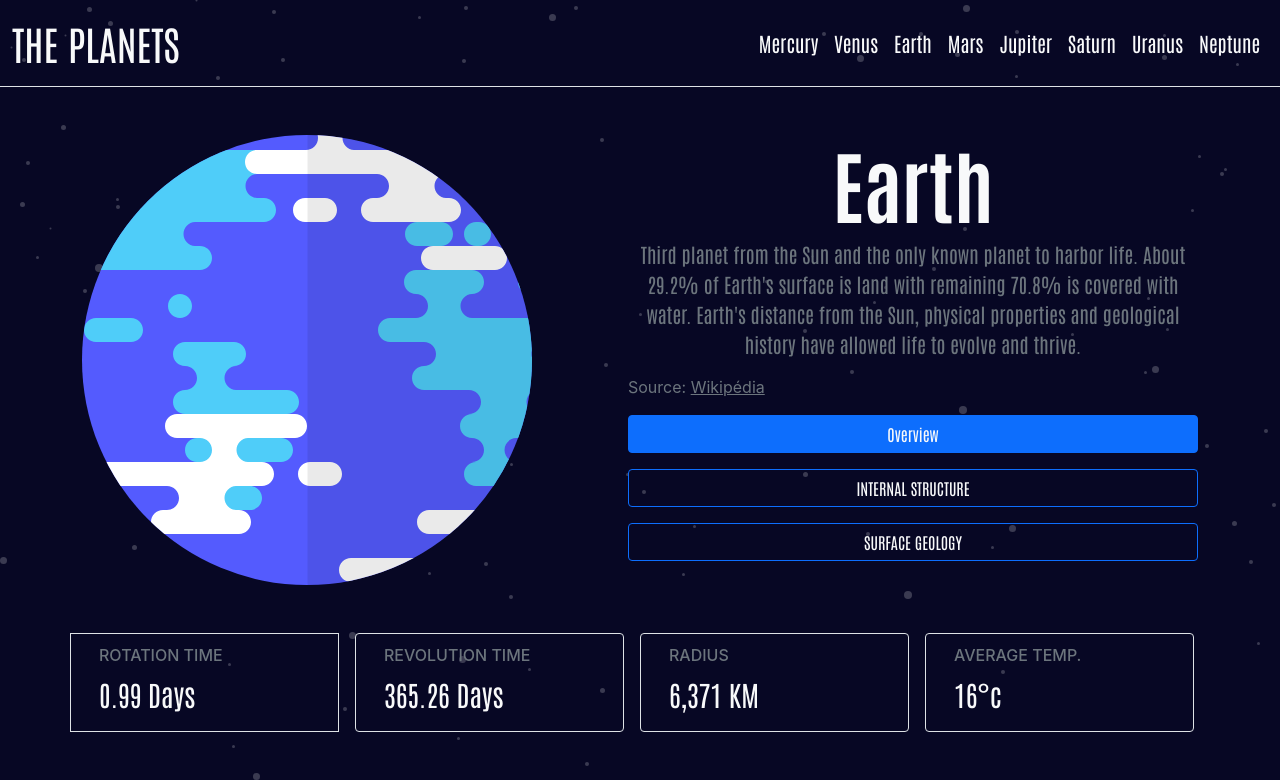
Repository: andre06x/the-planets
Page: /
The author's editor kept a copy of each file at every save. The page is drawn from the files as they stood at one save, then again after the next save.
The browser window is 1280 px wide. The pictures show the whole page.
The project was rebuilt for these pictures with package versions that can differ from the ones it lists, and the page was loaded fresh each time.

Above is the page before, as saved 2021-10-19 16:38:46.

### public/index.html
<!DOCTYPE html>
<html lang="en">

<head>
  <meta charset="utf-8" />
  <link rel="icon" href="%PUBLIC_URL%/favicon.ico" />
  <meta name="viewport" content="width=device-width, initial-scale=1" />
  <meta name="theme-color" content="#000000" />
  <link rel="preconnect" href="https://fonts.googleapis.com">
  <link rel="preconnect" href="https://fonts.gstatic.com" crossorigin>
  <link href="https://fonts.googleapis.com/css2?family=Antonio:wght@400;500;600;700&display=swap" rel="stylesheet">
  <meta name="description" content="Web site created using create-react-app" />
  <link rel="apple-touch-icon" href="%PUBLIC_URL%/logo192.png" />
  <link rel="manifest" href="%PUBLIC_URL%/manifest.json" />
  <link rel="stylesheet" href="%PUBLIC_URL%/bootstrap-5.1.3-dist/css/bootstrap.min.css">
  <title>React App</title>
</head>

<body>
  <noscript>You need to enable JavaScript to run this app.</noscript>
  <div id="root"></div>
  <script src="./bootstrap-5.1.3-dist/js/bootstrap.min.js"></script>
</body>

</html>

### src/index.js
import React from 'react';
import ReactDOM from 'react-dom';
import App from './App';
import reportWebVitals from './reportWebVitals';
import Global from './styles/global';

ReactDOM.render(
  <React.StrictMode>
    <Global />
    <App />
  </React.StrictMode>,
  document.getElementById('root')
);

// If you want to start measuring performance in your app, pass a function
// to log results (for example: reportWebVitals(console.log))
// or send to an analytics endpoint. Learn more: https://bit.ly/CRA-vitals
reportWebVitals();

### src/App.js
import logo from './logo.svg';
// import './App.css';
import Header from './components/Header';
import Container from './components/Container';

function App() {
  return (
    <div className="App">
      <Header />
      <Container />
    </div>
  );
}

export default App;

### src/styles/global.js
import { createGlobalStyle } from 'styled-components';
import img from '../background-stars.svg';

export default createGlobalStyle`
  body {
    background-image: url(${img});
    background-color: #070724;
    background-repeat: repeat;
  margin: 0;
  font-family: -apple-system, BlinkMacSystemFont, 'Segoe UI', 'Roboto', 'Oxygen',
    'Ubuntu', 'Cantarell', 'Fira Sans', 'Droid Sans', 'Helvetica Neue',
    sans-serif;
  -webkit-font-smoothing: antialiased;
  -moz-osx-font-smoothing: grayscale;
}

code {
  font-family: source-code-pro, Menlo, Monaco, Consolas, 'Courier New',
    monospace;
}
`;

### src/components/Header.js
import React, { useEffect } from 'react';
import data from '../data.json';
import { usePlanet } from '../zustand';

const Header = () => {
  const planetSetar = usePlanet(state => state.nomePlanet);
  const planet = usePlanet(state => state.planet);

  useEffect(() => {
    console.log(planet)
  }, [planet])

  return (
    <nav class="navbar navbar-expand-lg navbar-dark bg-transparent border-bottom border-muted ">
      <div class="container-fluid d-flex justify-content-between">
        <a class="navbar-brand fs-1 text-light font-antonio" href="#">THE PLANETS</a>
        <button class="navbar-toggler text-light" type="button" data-bs-toggle="collapse" data-bs-target="#navbarSupportedContent" aria-controls="navbarSupportedContent" aria-expanded="false" aria-label="Toggle navigation">
          <span class="navbar-toggler-icon text-light"></span>
        </button>
        <div class="collapse navbar-collapse justify-content-end" id="navbarSupportedContent">
          <div>
            <ul class="navbar-nav me-auto mb-2 mb-lg-0">
              {
                data.map(d => (
                  <li class="nav-item">
                    <a
                      class="nav-link active text-light fs-5 font-antonio"
                      aria-current="page"
                      href="#"
                      onClick={() => planetSetar(d.name)}
                    >
                      {d.name}
                    </a>
                  </li>
                ))
              }
            </ul>
          </div>
        </div>
      </div>
    </nav>
  )
}



export default Header

### src/components/Container.js
import React, { useEffect, useState } from 'react';
// import earth from '../assets/planet-earth.svg';
import data from '../data.json';
import { usePlanet } from '../zustand';

const Container = () => {
  const [selectBox, setSelectBox] = useState(1);
  const planet = usePlanet(state => state.planet);
  // const [planet, setPlanet] = useState('Earth');
  const [text, setText] = useState(data.filter(d => d.name === planet)[0].overview);
  const [imagee, setImagee] = useState('assets/planet-earth.svg');
  const [dataPlanet, setDataPlanet] = useState(['']);



  const op = [
    { id: 1, titulo: 'Overview' },
    { id: 2, titulo: 'INTERNAL STRUCTURE' },
    { id: 3, titulo: 'SURFACE GEOLOGY' },
  ]

  function buttonChange(o) {
    setSelectBox(o.id);

    if (o.id === 1) {
      setText(data.filter(d => d.name === planet)[0].overview);
      setImagee(data.filter(d => d.name === planet)[0].images.planet);
    }

    if (o.id === 2) {
      setText(data.filter(d => d.name === planet)[0].structure);
      setImagee(data.filter(d => d.name === planet)[0].images.internal);

    }

    if (o.id === 3) {
      setText(data.filter(d => d.name === planet)[0].geology);
      setImagee(data.filter(d => d.name === planet)[0].images.geology);

    }

  }

  useEffect(() => {
    setDataPlanet(data.filter(d => d.name === planet)[0]);
    setImagee(data.filter(d => d.name === planet)[0].images.planet);
    setText(data.filter(d => d.name === planet)[0].overview);
    setSelectBox(1);

  }, [planet]);
  return (
    <div className="container mt-md-5">
      <div className="d-flex flex-column">
        <div className="d-flex flex-md-row flex-column-reverse justify-content-between">
          <div className="me-md-5 d-flex justify-content-center">
            <img src={imagee} alt="" />
          </div>
          <div className="ms-md-5 d-flex flex-md-column flex-column-reverse">
            <h1 className="display-1 text-light font-antonio fw-bold text-center">
              {planet}
            </h1>
            <p className="lead text-muted font-antonio text-center">
              {text.content}
            </p>
            <span className="text-secondary">
              Source: <a href="" className="text-secondary"> Wikipédia</a>
            </span>

            <div className="d-flex flex-md-column mt-md-3 font-antonio fw-bold">
              {op.map(o => (
                <button
                  className={`btn text-light btn-outline-primary mb-3 col-4 col-md-12 ${selectBox === o.id ? ' btn-primary' : ''}`}
                  onClick={() => buttonChange(o)}
                >
                  {o.titulo}
                </button>
              ))}
            </div>
          </div>
        </div>
      </div>
      <div className="row mt-5 mb-5 flex-md-row flex-column">
        <div class="col me-3 bg-transparent border">
          <div class="card-body">
            <h6 class="card-subtitle mb-2 text-muted">
              ROTATION TIME
            </h6>
            <p class="card-text text-light font-antonio fs-md-1 fs-3">
              {dataPlanet.rotation}
            </p>
          </div>
        </div>
        <div class="card col me-3 bg-transparent border">
          <div class="card-body">
            <h6 class="card-subtitle mb-2 text-muted">
              REVOLUTION TIME
            </h6>
            <p class="card-text text-light font-antonio fs-md-1 fs-3">
              {dataPlanet.revolution}
            </p>
          </div>
        </div>
        <div class="card col me-3 bg-transparent border">
          <div class="card-body">
            <h6 class="card-subtitle mb-2 text-muted">
              RADIUS
            </h6>
            <p class="card-text text-light font-antonio fs-md-1 fs-3">
              {dataPlanet.radius}
            </p>
          </div>
        </div>
        <div class="card col me-3 bg-transparent border">
          <div class="card-body">
            <h6 class="card-subtitle mb-2 text-muted">
              AVERAGE TEMP.
            </h6>
            <p class="card-text text-light font-antonio fs-md-1 fs-3">
              {dataPlanet.temperature}
            </p>
          </div>
        </div>
      </div>
    </div>
  )
}

export default Container;

### src/data.json
[
  {
    "name": "Mercury",
    "overview": {
      "content": "Mercury is the smallest planet in the Solar System and the closest to the Sun. Its orbit around the Sun takes 87.97 Earth days, the shortest of all the Sun's planets. Mercury is one of four terrestrial planets in the Solar System, and is a rocky body like Earth.",
      "source": "https://en.wikipedia.org/wiki/Mercury_(planet)"
    },
    "structure": {
      "content": "Mercury appears to have a solid silicate crust and mantle overlying a solid, iron sulfide outer core layer, a deeper liquid core layer, and a solid inner core. The planet's density is the second highest in the Solar System at 5.427 g/cm3 , only slightly less than Earth's density.",
      "source": "https://en.wikipedia.org/wiki/Mercury_(planet)#Internal_structure"
    },
    "geology": {
      "content": "Mercury's surface is similar in appearance to that of the Moon, showing extensive mare-like plains and heavy cratering, indicating that it has been geologically inactive for billions of years. It is more heterogeneous than either Mars's or the Moon’s.",
      "source": "https://en.wikipedia.org/wiki/Mercury_(planet)#Surface_geology"
    },
    "rotation": "58.6 Days",
    "revolution": "87.97 Days",
    "radius": "2,439.7 KM",
    "temperature": "430°c",
    "images": {
      "planet": "assets/planet-mercury.svg",
      "internal": "assets/planet-mercury-internal.svg",
      "geology": "assets/geology-mercury.png"
    }
  },
  {
    "name": "Venus",
    "overview": {
      "content": "Venus is the second planet from the Sun. It is named after the Roman goddess of love and beauty. As the brightest natural object in Earth's night sky after the Moon, Venus can cast shadows and can be, on rare occasions, visible to the naked eye in broad daylight.",
      "source": "https://en.wikipedia.org/wiki/Venus"
    },
    "structure": {
      "content": "The similarity in size and density between Venus and Earth suggests they share a similar internal structure: a core, mantle, and crust. Like that of Earth, Venusian core is most likely at least partially liquid because the two planets have been cooling at about the same rate.",
      "source": "https://en.wikipedia.org/wiki/Venus#Internal_structure"
    },
    "geology": {
      "content": "Much of the Venusian surface appears to have been shaped by volcanic activity. Venus has several times as many volcanoes as Earth, and it has 167 large volcanoes that are over 100 km (60 mi) across. The only volcanic complex of this size on Earth is the Big Island of Hawaii.",
      "source": "https://en.wikipedia.org/wiki/Venus#Surface_geology"
    },
    "rotation": "243 Days",
    "revolution": "224.7 Days",
    "radius": "6,051.8 KM",
    "temperature": "471°c",
    "images": {
      "planet": "assets/planet-venus.svg",
      "internal": "assets/planet-venus-internal.svg",
      "geology": "assets/geology-venus.png"
    }
  },
  {
    "name": "Earth",
    "overview": {
      "content": "Third planet from the Sun and the only known planet to harbor life. About 29.2% of Earth's surface is land with remaining 70.8% is covered with water. Earth's distance from the Sun, physical properties and geological history have allowed life to evolve and thrive.",
      "source": "https://en.wikipedia.org/wiki/Earth"
    },
    "structure": {
      "content": "Earth's interior, like that of the other terrestrial planets, is divided into layers by their chemical or physical (rheological) properties. The outer layer is a chemically distinct silicate solid crust, which is underlain by a highly viscous solid mantle.",
      "source": "https://en.wikipedia.org/wiki/Earth#Internal_structure"
    },
    "geology": {
      "content": "The total surface area of Earth is about 510 million km2. The continental crust consists of lower density material such as the igneous rocks granite and andesite. Less common is basalt, a denser volcanic rock that is the primary constituent of the ocean floors.",
      "source": "https://en.wikipedia.org/wiki/Earth#Surface"
    },
    "rotation": "0.99 Days",
    "revolution": "365.26 Days",
    "radius": "6,371 KM",
    "temperature": "16°c",
    "images": {
      "planet": "assets/planet-earth.svg",
      "internal": "assets/planet-earth-internal.svg",
      "geology": "assets/geology-earth.png"
    }
  },
  {
    "name": "Mars",
    "overview": {
      "content": "Mars is the fourth planet from the Sun and the second-smallest planet in the Solar System, being larger than only Mercury. In English, Mars carries the name of the Roman god of war and is often referred to as the \"Red Planet\".",
      "source": "https://en.wikipedia.org/wiki/Mars"
    },
    "structure": {
      "content": "Like Earth, Mars has differentiated into a dense metallic core overlaid by less dense materials. Scientists initially determined that the core is at least partially liquid. Current models of its interior imply a core consisting primarily of iron and nickel with about 16–17% sulfur.",
      "source": "https://en.wikipedia.org/wiki/Mars#Internal_structure"
    },
    "geology": {
      "content": "Mars is a terrestrial planet whose surface consists of minerals containing silicon and oxygen, metals, and other elements that typically make up rock. The surface is primarily composed of tholeiitic basalt, although parts are more silica-rich than typical basalt.",
      "source": "https://en.wikipedia.org/wiki/Mars#Surface_geology"
    },
    "rotation": "1.03 Days",
    "revolution": "1.88 Years",
    "radius": "3,389.5 KM",
    "temperature": "-28°c",
    "images": {
      "planet": "assets/planet-mars.svg",
      "internal": "assets/planet-mars-internal.svg",
      "geology": "assets/geology-mars.png"
    }
  },
  {
    "name": "Jupiter",
    "overview": {
      "content": "Jupiter is the fifth planet from the Sun and the largest in the Solar System. It is a gas giant with a mass two and a half times that of all the other planets in the Solar System combined, but less than one-thousandth the mass of the Sun.",
      "source": "https://en.wikipedia.org/wiki/Jupiter"
    },
    "structure": {
      "content": "When the Juno arrived in 2016, it found that Jupiter has a very diffuse core that mixes into its mantle. A possible cause is an impact from a planet of about ten Earth masses a few million years after Jupiter's formation, which would have disrupted an originally solid Jovian core.",
      "source": "https://en.wikipedia.org/wiki/Jupiter#Internal_structure"
    },
    "geology": {
      "content": "The best known feature of Jupiter is the Great Red Spot, a persistent anticyclonic storm located 22° south of the equator. It is known to have existed since at least 1831, and possibly since 1665.",
      "source": "https://en.wikipedia.org/wiki/Jupiter#Great_Red_Spot_and_other_vortices"
    },
    "rotation": "9.93 Hours",
    "revolution": "11.86 Years",
    "radius": "69,911 KM",
    "temperature": "-108°c",
    "images": {
      "planet": "assets/planet-jupiter.svg",
      "internal": "assets/planet-jupiter-internal.svg",
      "geology": "assets/geology-jupiter.png"
    }
  },
  {
    "name": "Saturn",
    "overview": {
      "content": "Saturn is the sixth planet from the Sun and the second-largest in the Solar System, after Jupiter. It is a gas giant with an average radius of about nine and a half times that of Earth. It only has one-eighth the average density of Earth.",
      "source": "https://en.wikipedia.org/wiki/Saturn"
    },
    "structure": {
      "content": "Despite consisting mostly of hydrogen and helium, most of Saturn's mass is not in the gas phase, because hydrogen becomes a non-ideal liquid when the density is above 0.01 g/cm3, which is reached at a radius containing 99.9% of Saturn's mass.",
      "source": "https://en.wikipedia.org/wiki/Saturn#Internal_structure"
    },
    "geology": {
      "content": "The outer atmosphere of Saturn contains 96.3% molecular hydrogen and 3.25% helium by volume. The planet's most famous feature is its prominent ring system, which is composed mostly of ice particles with a smaller amount of rocky debris and dust.",
      "source": "https://en.wikipedia.org/wiki/Saturn#Atmosphere"
    },
    "rotation": "10.8 Hours",
    "revolution": "29.46 Years",
    "radius": "58,232 KM",
    "temperature": "-138°c",
    "images": {
      "planet": "assets/planet-saturn.svg",
      "internal": "assets/planet-saturn-internal.svg",
      "geology": "assets/geology-saturn.png"
    }
  },
  {
    "name": "Uranus",
    "overview": {
      "content": "Uranus is the seventh planet from the Sun. Its name is a reference to the Greek god of the sky, Uranus according to Greek mythology, was the great-grandfather of Ares. It has the third-largest planetary radius and fourth-largest planetary mass in the Solar System.",
      "source": "https://en.wikipedia.org/wiki/Uranus"
    },
    "structure": {
      "content": "The standard model of Uranus's structure is that it consists of three layers: a rocky (silicate/iron–nickel) core in the centre, an icy mantle in the middle and an outer gaseous hydrogen/helium envelope. The core is relatively small, with a mass of only 0.55 Earth masses.",
      "source": "https://en.wikipedia.org/wiki/Uranus#Internal_structure"
    },
    "geology": {
      "content": "The composition of Uranus's atmosphere is different from its bulk, consisting mainly of molecular hydrogen and helium. The helium molar fraction, i.e. the number of helium atoms per molecule of gas, is 0.15±0.03 in the upper troposphere.",
      "source": "https://en.wikipedia.org/wiki/Uranus#Atmosphere"
    },
    "rotation": "17.2 Hours",
    "revolution": "84 Years",
    "radius": "25,362 KM",
    "temperature": "-195°c",
    "images": {
      "planet": "assets/planet-uranus.svg",
      "internal": "assets/planet-uranus-internal.svg",
      "geology": "assets/geology-uranus.png"
    }
  },
  {
    "name": "Neptune",
    "overview": {
      "content": "Neptune is the eighth and farthest-known Solar planet from the Sun. In the Solar System, it is the fourth-largest planet by diameter, the third-most-massive planet, and the densest giant planet. It is 17 times the mass of Earth, more massive than its near-twin Uranus.",
      "source": "https://en.wikipedia.org/wiki/Neptune"
    },
    "structure": {
      "content": "Neptune's internal structure resembles that of Uranus. Its atmosphere forms about 5% to 10% of its mass and extends perhaps 10% to 20% of the way towards the core. Increasing concentrations of methane, ammonia and water are found in the lower regions.",
      "source": "https://en.wikipedia.org/wiki/Neptune#Internal_structure"
    },
    "geology": {
      "content": "Neptune's atmosphere is 80% hydrogen and 19% helium. A trace amount of methane is also present. Prominent absorption bands of methane exist at wavelengths above 600 nm, in the red and infrared portion of the spectrum.",
      "source": "https://en.wikipedia.org/wiki/Neptune#Atmosphere"
    },
    "rotation": "16.08 Hours",
    "revolution": "164.79 Years",
    "radius": "24,622 KM",
    "temperature": "-201°c",
    "images": {
      "planet": "assets/planet-neptune.svg",
      "internal": "assets/planet-neptune-internal.svg",
      "geology": "assets/geology-neptune.png"
    }
  }
]

### src/zustand/index.js
import create from 'zustand';

const usePlanet = create(set => ({
  planet: 'Earth',
  nomePlanet: (namePlanet) => set(state => ({ planet: namePlanet}))
}))

export { usePlanet }

Loaded but not shown: src/reportWebVitals.js (common file); public/bootstrap-5.1.3-dist/css/bootstrap.min.css (library); public/bootstrap-5.1.3-dist/js/bootstrap.min.js (library)

After the next save:
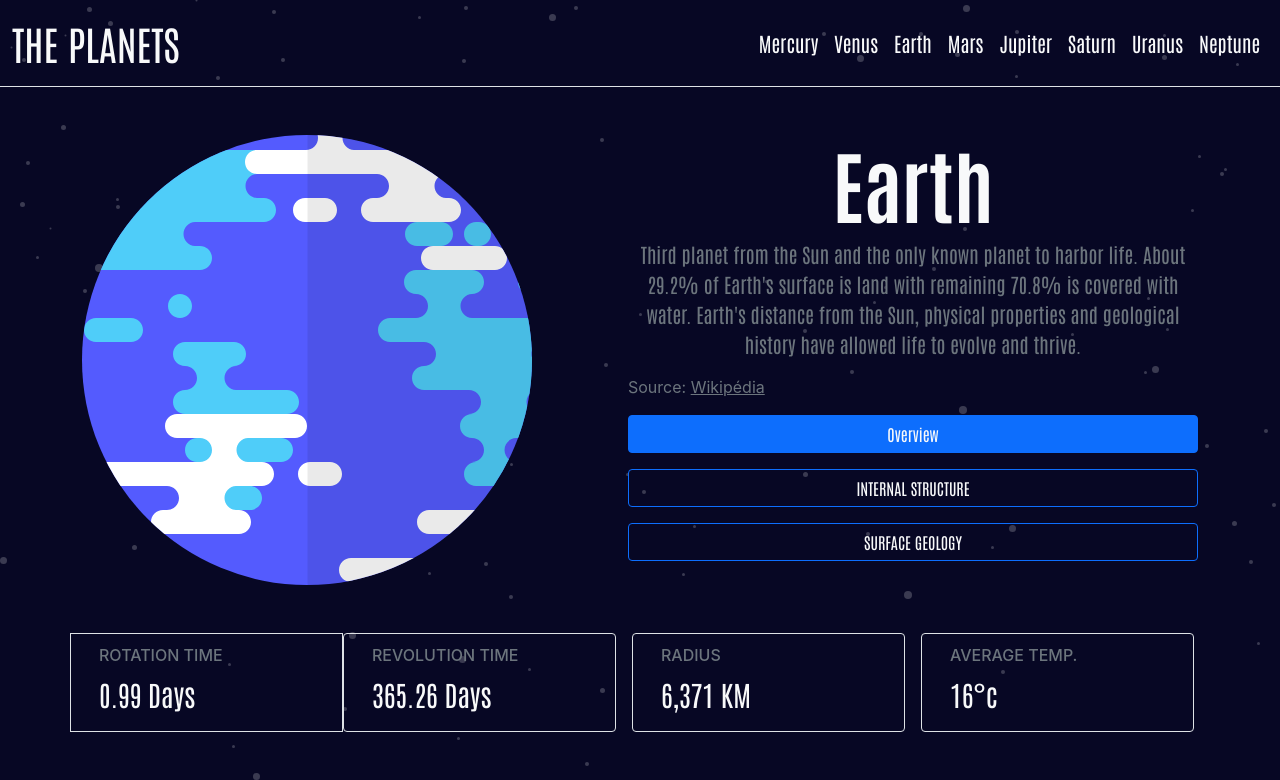
Saved 19 s later.
--- a/src/components/Container.js
+++ b/src/components/Container.js
@@ -80,7 +80,7 @@
         </div>
       </div>
       <div className="row mt-5 mb-5 flex-md-row flex-column">
-        <div class="col me-3 bg-transparent border">
+        <div class="col  bg-transparent border">
           <div class="card-body">
             <h6 class="card-subtitle mb-2 text-muted">
               ROTATION TIME

After the save that followed:
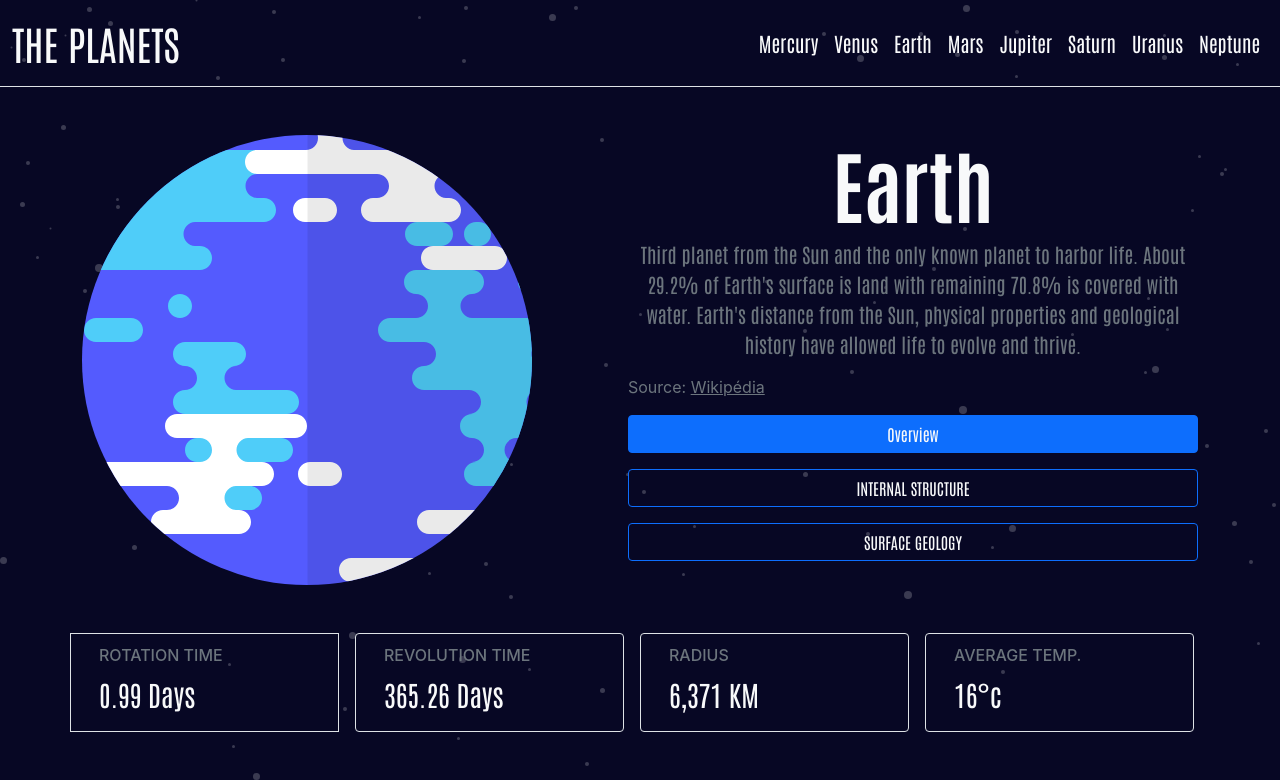
Saved 5 s later.
--- a/src/components/Container.js
+++ b/src/components/Container.js
@@ -80,7 +80,7 @@
         </div>
       </div>
       <div className="row mt-5 mb-5 flex-md-row flex-column">
-        <div class="col  bg-transparent border">
+        <div class="col me-3 bg-transparent border">
           <div class="card-body">
             <h6 class="card-subtitle mb-2 text-muted">
               ROTATION TIME
